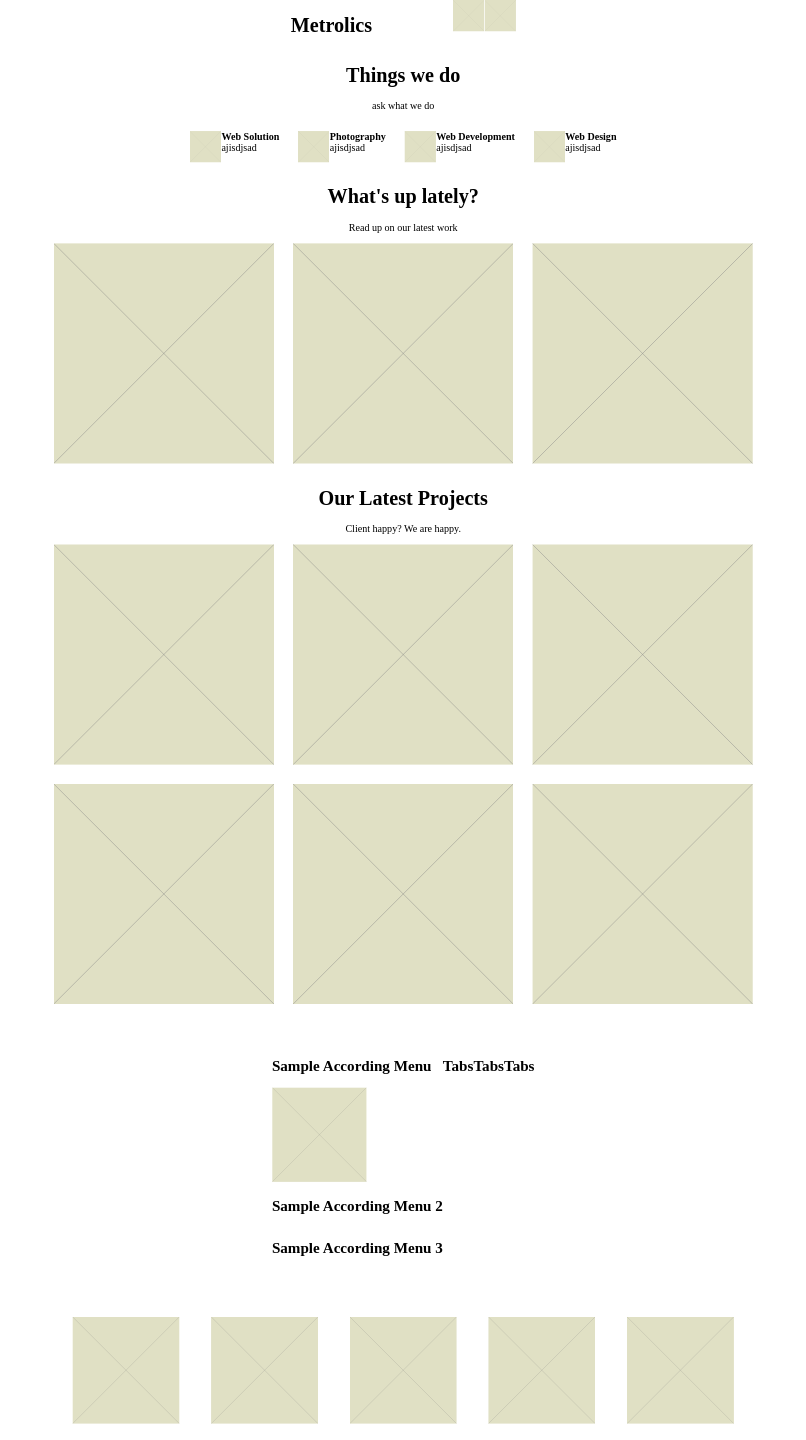
Repository: ReallyNguyen/responsive-web
Page: index.html
These files come from the project's save history. The page is drawn as it stood at one moment and after the next save; the edit follows.
The browser window is 1280 px wide. The pictures show the whole page, at 63% of full size.

Above is the page before, as saved 2023-01-25 21:26:13.

After the next save:
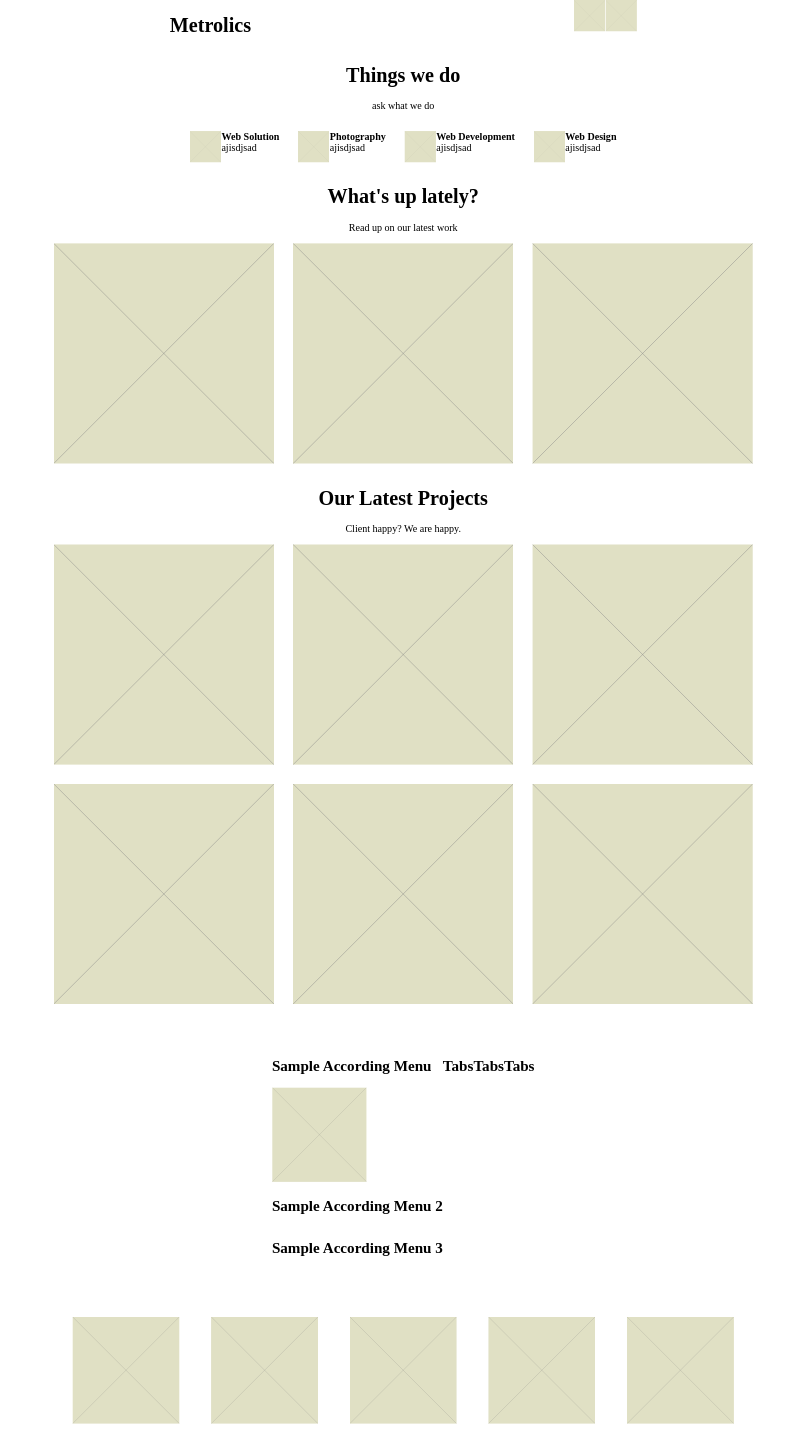
Saved 9 s later.
--- a/css/main.css
+++ b/css/main.css
@@ -5,7 +5,7 @@
 }
 
 .company-name {
-  margin-right: 10%;
+  margin-right: 40%;
 }
 
 
